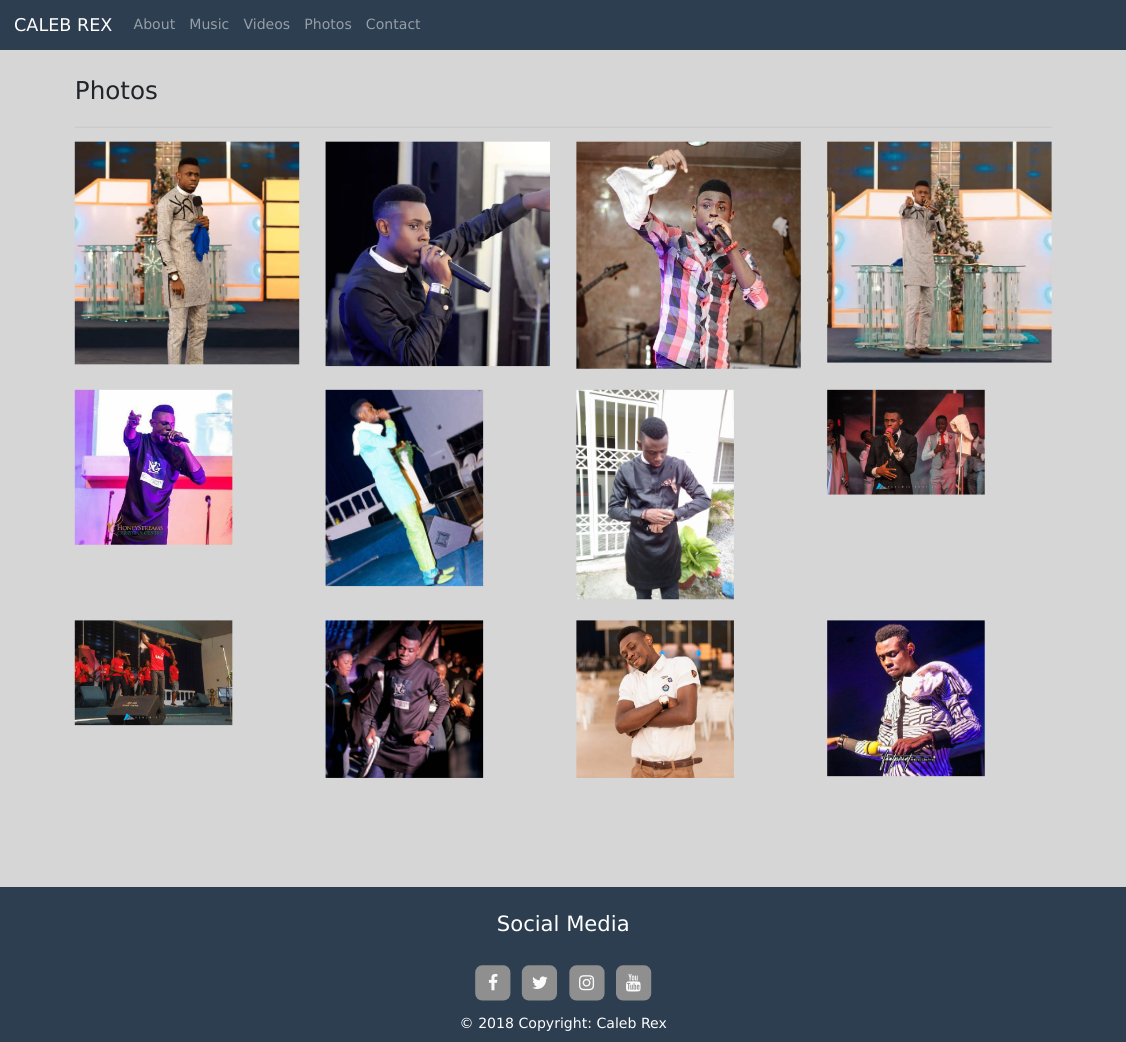
Repository: IchaTreasure/caleb-rex
Page: photos.html
The author's editor kept a record of every edit. The page is drawn from the files as they stood at one moment, then again after the next edit.
The browser window is 1280 px wide. The pictures show the whole page, at 88% of full size.
Some web libraries are served in a nearby version.

Above is the page before.

After the next edit:
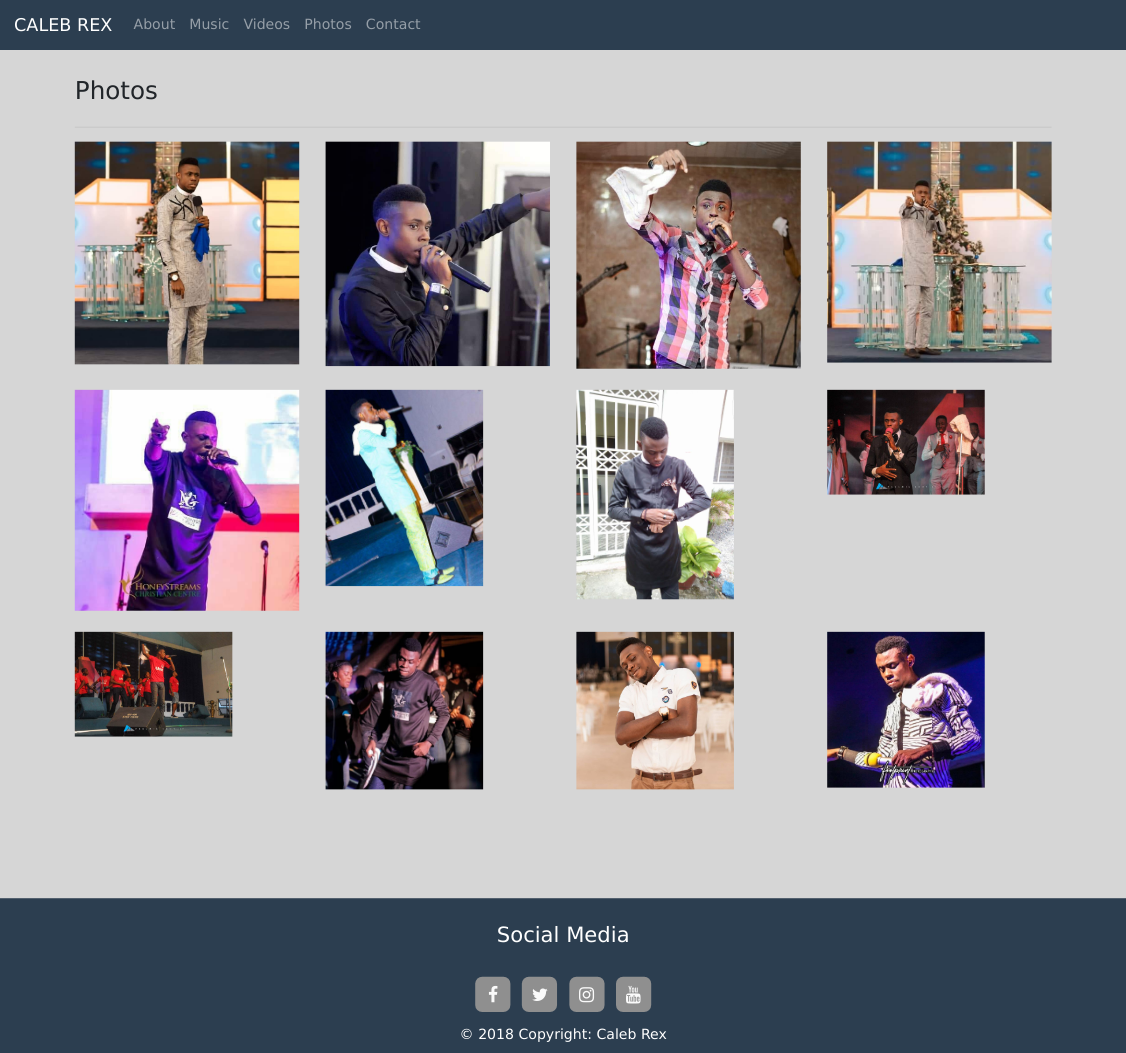
The edit:
--- a/photos.html
+++ b/photos.html
@@ -117,7 +117,7 @@
                 <!-- Modal: Image 5 -->
                 <div class="col-sm-3">
                     <a class="d-block mb-4 h-100">
-            <img class="img-fluid img-hover" src="images/Caleb5.jpg" data-toggle="modal" data-target="#Image5" alt="Caleb 5" style="width: 70%">
+            <img class="img-fluid img-hover" src="images/Caleb5.jpg" data-toggle="modal" data-target="#Image5" alt="Caleb 5" style="width: 100%">
           </a>
                     <!-- Modal Content -->
                     <div class="modal fade" id="Image5" tabindex="-1" role="dialog" aria-hidden="true">
